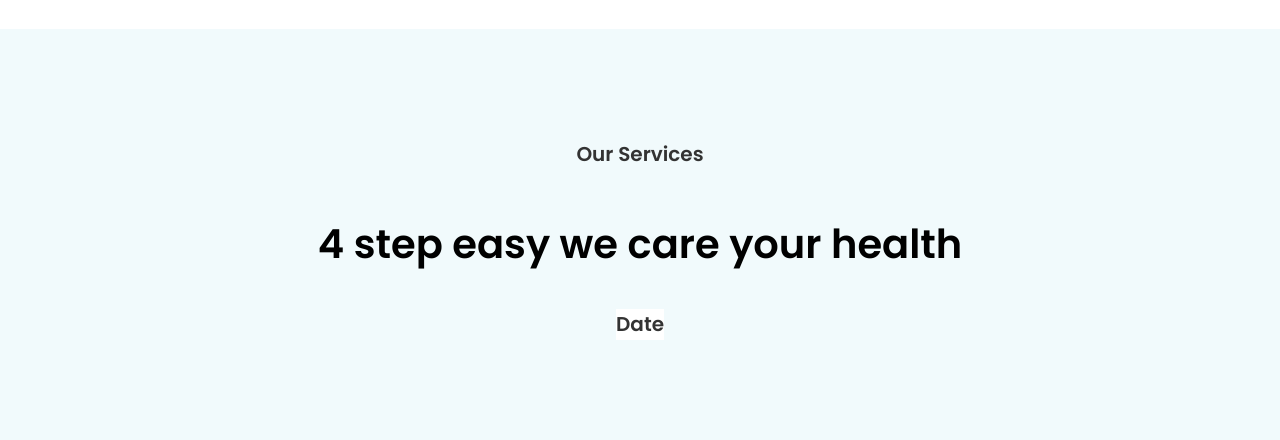
Repository: Chadi2000/hospital-app
Page: /
These files come from the project's save history. The page is drawn as it stood at one moment and after the next save; the edit follows.
The browser window is 1280 px wide. The pictures show the part of the page from y = 778 to 1730 px (the page is 1218 px tall before and 1730 px after).
The project was rebuilt for these pictures with package versions that can differ from the ones it lists, and the page was loaded fresh each time. Also part of the build but not shown: vite.config.js, src/App.css.

Above is the page before, as saved 2024-08-04 00:13:27.

After the next save:
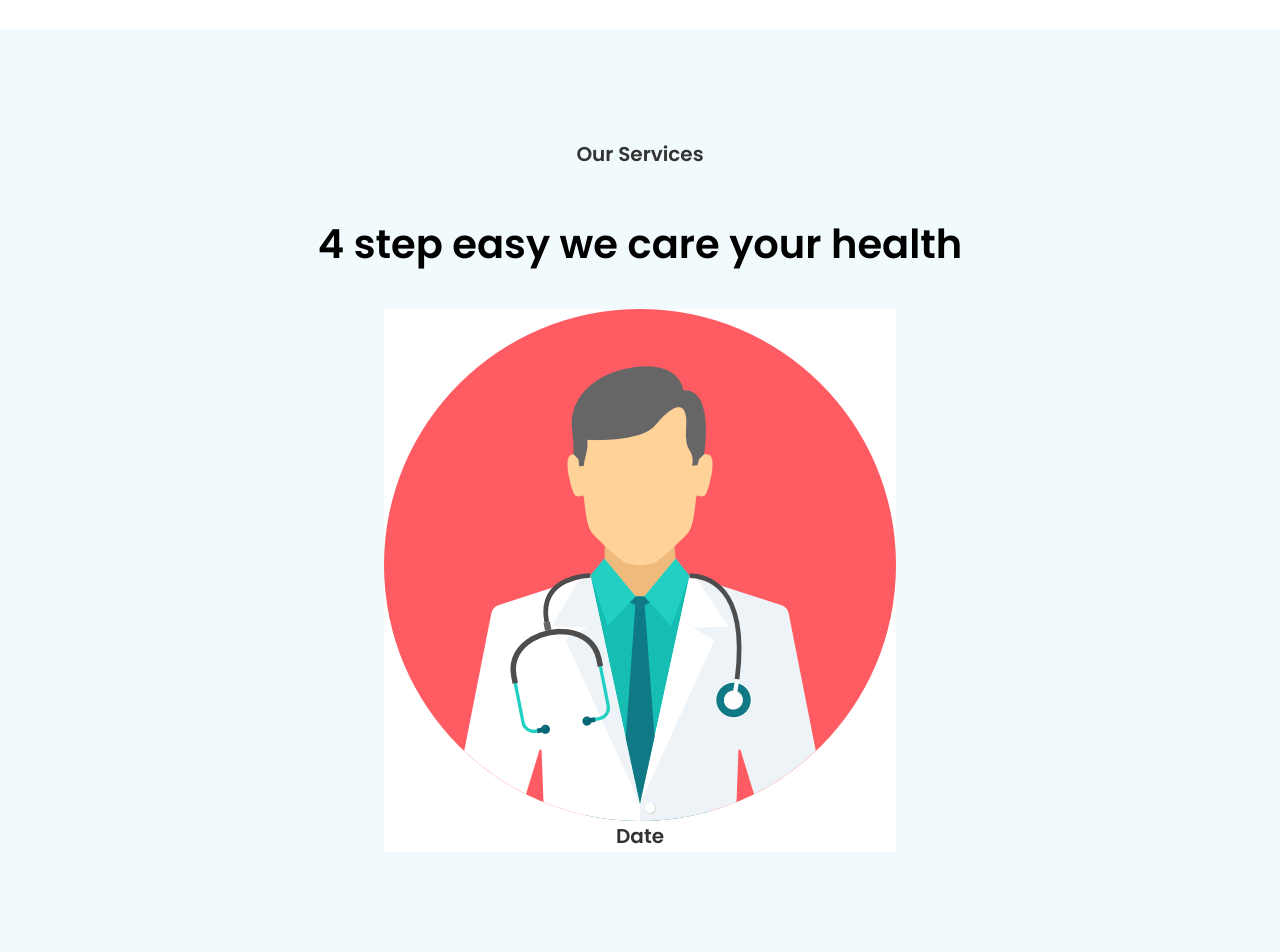
Saved 57 s later.
--- a/src/components/ServicesCard.jsx
+++ b/src/components/ServicesCard.jsx
@@ -1,10 +1,11 @@
 import React from 'react'
+import Doctor from '../assets/doctor.png'
 
 const ServicesCard = () => {
   return (
     <div className='flex flex-col items-center relative bg-white' >
         <div>
-            <img src="" alt="" />
+            <img src={Doctor} alt="" />
         </div>
 
         <div className='text-title font-semibold text-[20px] leading-[31.2px] '>
